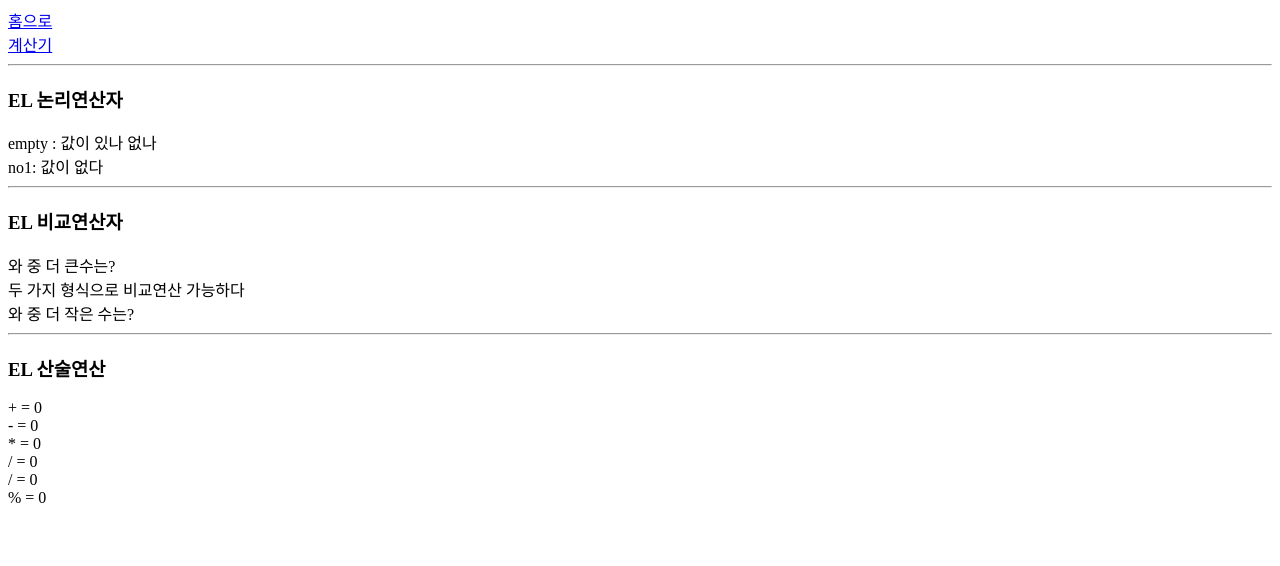
Repository: hyewoon/web
Page: http://localhost/servlet04/operator/calculator_result.jsp
The author's editor kept a copy of each file at every save. The page is drawn from the files as they stood at one save, then again after the next save.
The browser window is 1280 px wide. The pictures show the whole page.
The page is served by Tomcat 9. Other server files are loaded and not shown.

Above is the page before, as saved 2022-11-17 06:25:28.

### servlet04/src/main/webapp/operator/calculator_result.jsp
<%@ page language="java" contentType="text/html; charset=UTF-8"
    pageEncoding="UTF-8"%>
<!DOCTYPE html>
<html>
<head>
<meta charset="UTF-8">
<title>Insert title here</title>
</head>
<body>
<div><a href ='../'>홈으로</a></div>
<div><a href ='calculator.jsp'>계산기</a></div>
<hr>
<h3>EL 논리연산자</h3>
<div>empty : 값이 있나 없나</div>
<div>no1: 값이 ${empty param.num1? '없다' : '있다'}</div>



<hr>
<h3>EL 비교연산자</h3>
<div>${param.num1 }와 ${param.num2 } 중 더 큰수는? </div>
<div> 두 가지 형식으로 비교연산 가능하다</div>
<div>	${param.num1 gt (param.num2-0) ? param.num1 : param.num2}</div>
<div>	${param.num1 - param.num2 gt 0 ? param.num1 : param.num2}</div>
<div>${param.num1 }와 ${param.num2 } 중 더 작은 수는? </div>
<div>	${param.num1 lt (param.num2-0) ? param.num1 : param.num2}</div>
<div>	${param.num1 - param.num2 lt 0 ? param.num1 : param.num2}</div>
<!--파라미터로 보내진 데이터는 문자열이라서 2와 10비교하면 2가 더 크다 나온다
	하지만, 산술연산자가 있으면 내부적으로 숫자라고 생각해서 연산
-->

<hr>
<h3>EL 산술연산</h3>
<div>${param.num1} + ${param.num2} = ${param.num1 + param.num2}</div>
<div>${param.num1} - ${param.num2} = ${param.num1 - param.num2}</div>
<div>${param.num1} * ${param.num2} = ${param.num1 * param.num2}</div>
<div>${param.num1} / ${param.num2} = ${param.num1 /param.num2 }</div>
<div>${param.num1} / ${param.num2}
					= ${param.num2 ==0 ? 0: param.num1 div param.num2}</div>
<div>${param.num1} % ${param.num2} = ${param.num1 mod param.num2}</div>

</body>
</html>

After the next save:
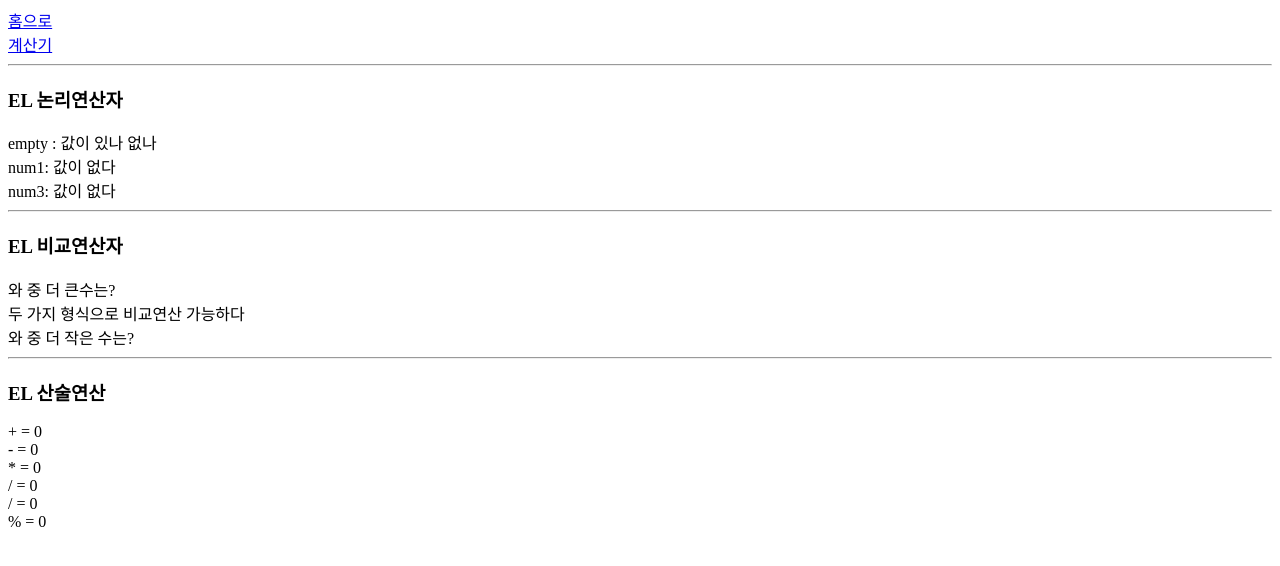
Saved 20 s later.
--- a/servlet04/src/main/webapp/operator/calculator_result.jsp
+++ b/servlet04/src/main/webapp/operator/calculator_result.jsp
@@ -12,7 +12,8 @@
 <hr>
 <h3>EL 논리연산자</h3>
 <div>empty : 값이 있나 없나</div>
-<div>no1: 값이 ${empty param.num1? '없다' : '있다'}</div>
+<div>num1: 값이 ${empty param.num1? '없다' : '있다'}</div>
+<div>num3: 값이 ${empty param.num3? '없다' : '있다'}</div>
 
 
 
